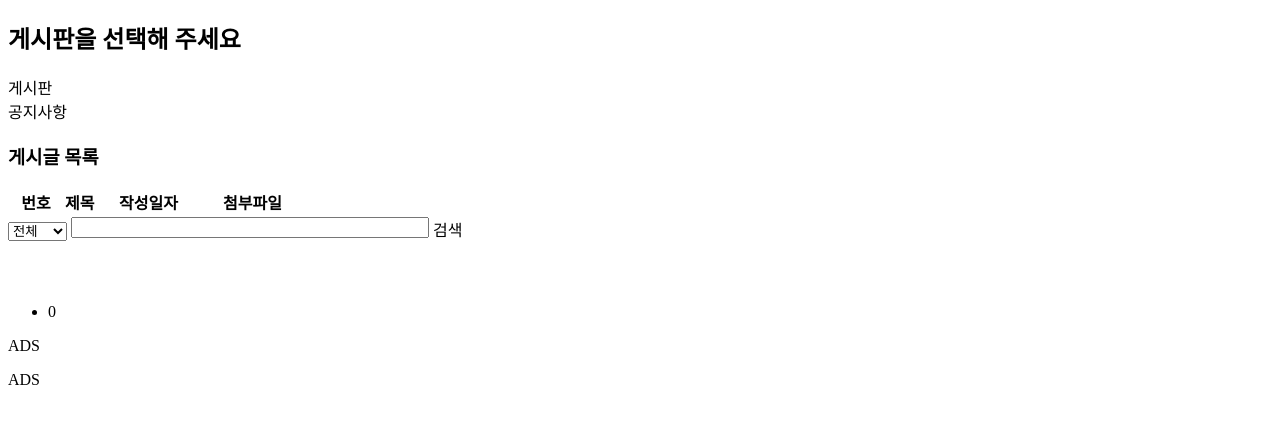
Repository: letzbegin/Study
Page: http://localhost/portfolio/WEB-INF/views/board/list.jsp
These files come from the project's save history. The page is drawn as it stood at one moment and after the next save; the edit follows.
The browser window is 1280 px wide. The pictures show the whole page.
The page is served by Tomcat 9. Nobody is signed in. Other server files are loaded and not shown. The template is opened directly, without the code that normally fills it, so the values that code supplies are empty.

Above is the page before, as saved 2018-10-15 04:54:47.

### pol/portfolio/src/main/webapp/WEB-INF/views/board/list.jsp
<%@ page language="java" contentType="text/html; charset=UTF-8"
	pageEncoding="UTF-8"%>
<%@ taglib prefix="c" uri="http://java.sun.com/jsp/jstl/core"%>
<!DOCTYPE html PUBLIC "-//W3C//DTD HTML 4.01 Transitional//EN" "http://www.w3.org/TR/html4/loose.dtd">
<html>
<head>
<meta http-equiv="Content-Type" content="text/html; charset=UTF-8">
<title>Insert title here</title>
<style type="text/css">
#list-top {
	width: 70%;
	padding-left: 15%;
	padding-bottom: 20px;
}
</style>
</head>
<body>
	<div class="container-fluid text-center">
		<div class="row content">
			<div class="col-sm-2">
				<h2>게시판을 선택해 주세요</h2>
				<div class="panel panel-default">
					<div class="panel-heading">게시판</div>
					<div class="panel-body">공지사항</div>
				</div>
			</div>
			<div class="col-sm-8 text-left">
				<h3>게시글 목록</h3>

				<table class="table">
					<tr>
						<th width="50px">번호</th>
						<th style="text-align: center;">제목</th>
						<th width="100px">작성일자</th>
						<th width="100px">첨부파일</th>
					</tr>
					<c:forEach items="${page.list }" var="vo">
						<tr>
							<td>${vo.no }</td>
							<td class="left" onclick="go_detail(${vo.id})">${vo.title }</td>
							<td>${vo.writedate }</td>
							<td>${ empty vo.filename ? '' : '<span class="glyphicon glyphicon-file"></span>' }</td>
						</tr>
					</c:forEach>
				</table>

				<span style="float: left;">
						 <select name="search">
								<option ${page.search eq 'all' ? 'selected' : '' } value="all">전체</option>
								<option ${page.search eq 'title' ? 'selected' : '' }
									value="title">제목</option>
								<option ${page.search eq 'content' ? 'selected' : '' }
									value="content">내용</option>
								<option ${page.search eq 'writer' ? 'selected' : '' }
									value="writer">작성자</option>
						</select> <input type="text" name="keyword" value="${page.keyword }"
							style="width: 350px; vertical-align: top;" /> <a
							class="btn btn-success btn-sm" onclick="$('form').submit()">검색</a>
						</span>
						<form method="post" action="list.bo" id="list">
					<p id="list-top">

						<c:if test="${!empty login_info }">
							<a class="btn-fill" style="float: right;"
								onclick="location='new.bo'">글쓰기</a>
						</c:if>

					</p>
					<input type="hidden" name="id" /> <input type="hidden"
						name="curPage" id="curPage" />
				</form>

				<br>
				<jsp:include page="/WEB-INF/views/board/page.jsp" />

			</div>
			<div class="col-sm-2 sidenav">
				<div class="well">
					<p>ADS</p>
				</div>
				<div class="well">
					<p>ADS</p>
				</div>
			</div>
		</div>
	</div>
</body>
<script type="text/javascript">
	function go_detail(id) {
		$('[name=id]').val(id);
		$('form').attr('action', 'detail.bo');
		$('form').submit();
	}
</script>
</html>

### pol/portfolio/src/main/webapp/WEB-INF/views/board/page.jsp
<%@ page language="java" contentType="text/html; charset=UTF-8"
    pageEncoding="UTF-8"%>
<%@ taglib prefix="c"  uri="http://java.sun.com/jsp/jstl/core"%>

<div class="page_list">

<!-- 이전블럭버튼: 이전블럭의 마지막페이지: page.beginPage-1
                     이전블럭의 첫페이지: page.beginPage-page.blockPage -->
<c:if test="${page.curBlock gt 1 }">
<a onclick="go_page(1)"><span class="glyphicon glyphicon-step-backward"></span>첫페이지</a>
<a onclick="go_page(${page.beginPage-page.blockPage})"><span class="glyphicon glyphicon-triangle-left"></span>이전블럭</a>
</c:if>
<ul class="pagination">
<c:forEach var="i" begin="${page.beginPage }" end="${page.endPage }">
	<c:if test="${i eq page.curPage }">
		<li class="active"><span class="page_on">${i }</span></li>
 	</c:if>

	<c:if test="${i ne page.curPage }">
 		<li><a class="page_off" onclick="go_page(${i})">${i }</a></li>
 	</c:if>
</c:forEach>
</ul>
<!-- 다음블럭버튼: 다음블럭첫페이지 -->
<c:if test="${page.curBlock lt page.totalBlock }">
<a onclick="go_page(${page.endPage+1})"><span class="glyphicon glyphicon-triangle-right"></span>다음</a><a
class="page_last" onclick="go_page(${page.totalPage})"><span class="glyphicon glyphicon-forward"></span>마지막페이지</a>
</c:if>
</div>

<script type="text/javascript">
function go_page(page){
	$('#curPage').val(page);
	$('#list').submit();
}
</script>

After the next save:
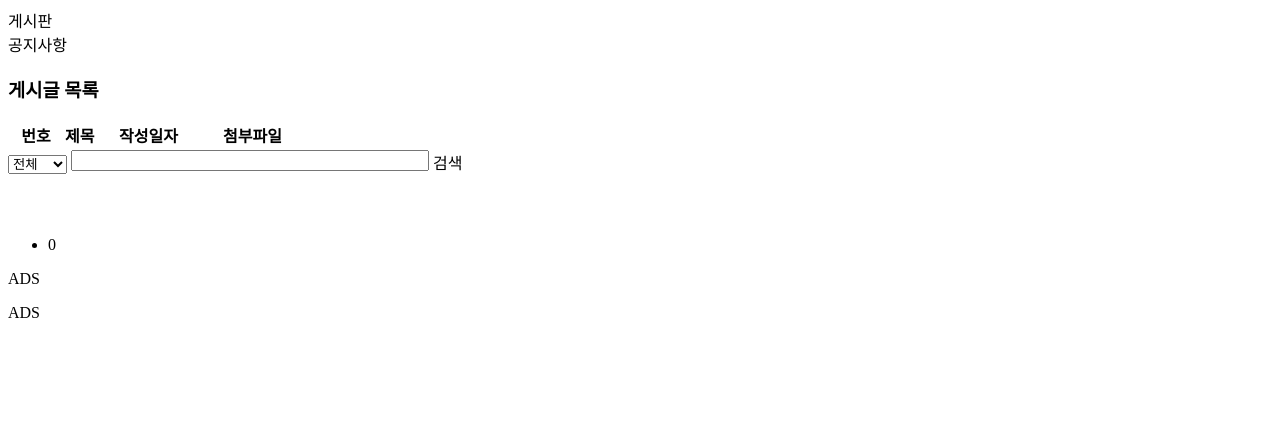
Saved 26 s later.
--- a/pol/portfolio/src/main/webapp/WEB-INF/views/board/list.jsp
+++ b/pol/portfolio/src/main/webapp/WEB-INF/views/board/list.jsp
@@ -18,7 +18,6 @@
 	<div class="container-fluid text-center">
 		<div class="row content">
 			<div class="col-sm-2">
-				<h2>게시판을 선택해 주세요</h2>
 				<div class="panel panel-default">
 					<div class="panel-heading">게시판</div>
 					<div class="panel-body">공지사항</div>
